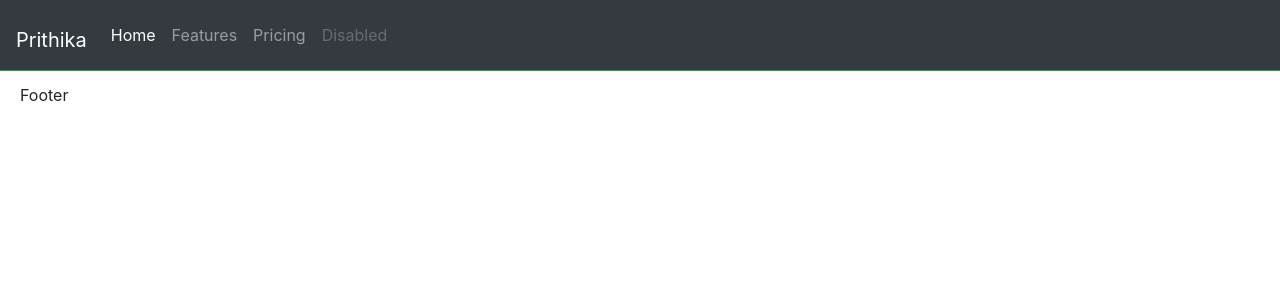
Repository: Imprasna/pritk
Page: index.html
The author's editor kept a copy of each file at every save. The page is drawn from the files as they stood at one save, then again after the next save.
The browser window is 1280 px wide. The pictures show the whole page.

Above is the page before, as saved 2021-12-15 14:15:38.

After the next save:
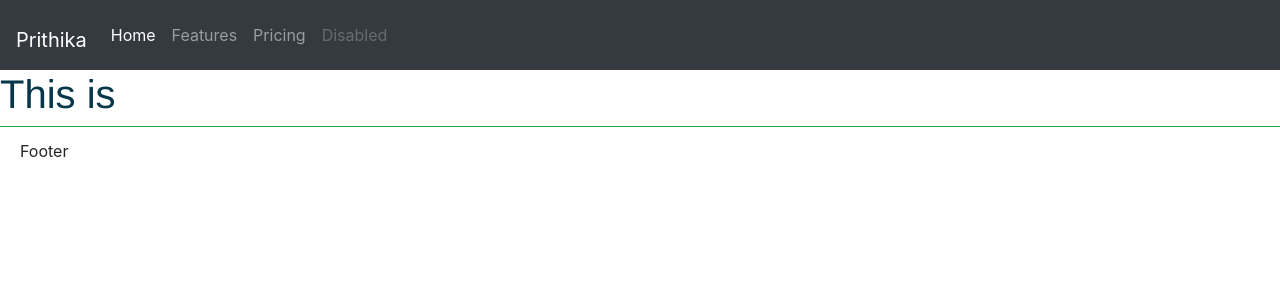
Saved 4 s later.
--- a/index.html
+++ b/index.html
@@ -40,7 +40,7 @@
 
 
     <main>
-
+        <h1>This is </h1>
     </main>
 
     <footer>
